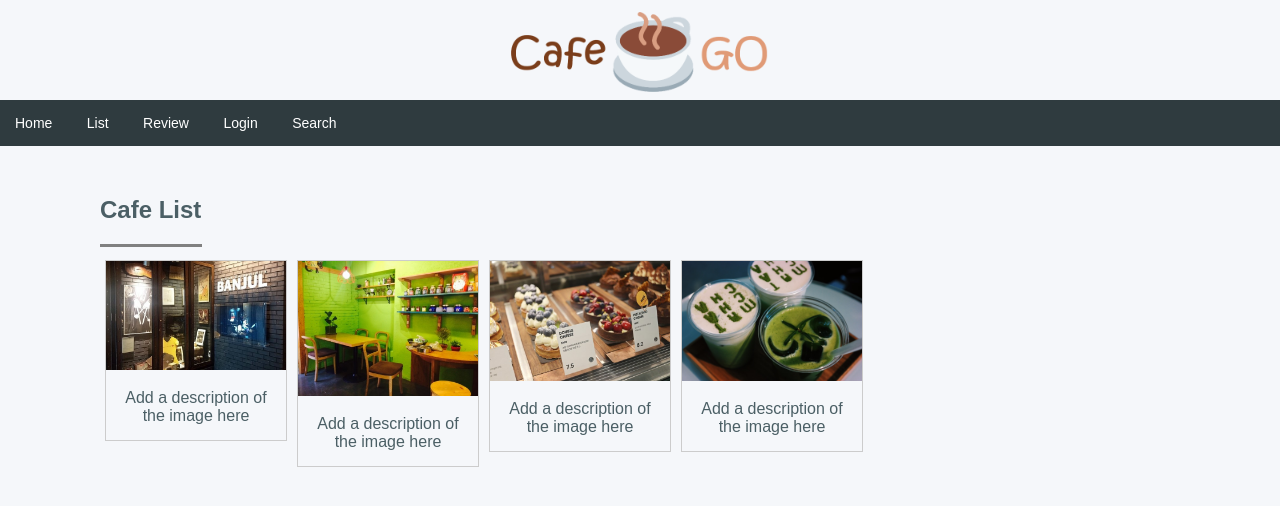
Repository: JuYeong0413/Web-Programming
Page: http://localhost/CafeGo/list.jsp
The author's editor kept a copy of each file at every save. The page is drawn from the files as they stood at one save, then again after the next save.
The browser window is 1280 px wide. The pictures show the whole page.
The page is served by Tomcat 9.

Above is the page before, as saved 2018-12-23 05:07:39.

After the next save:
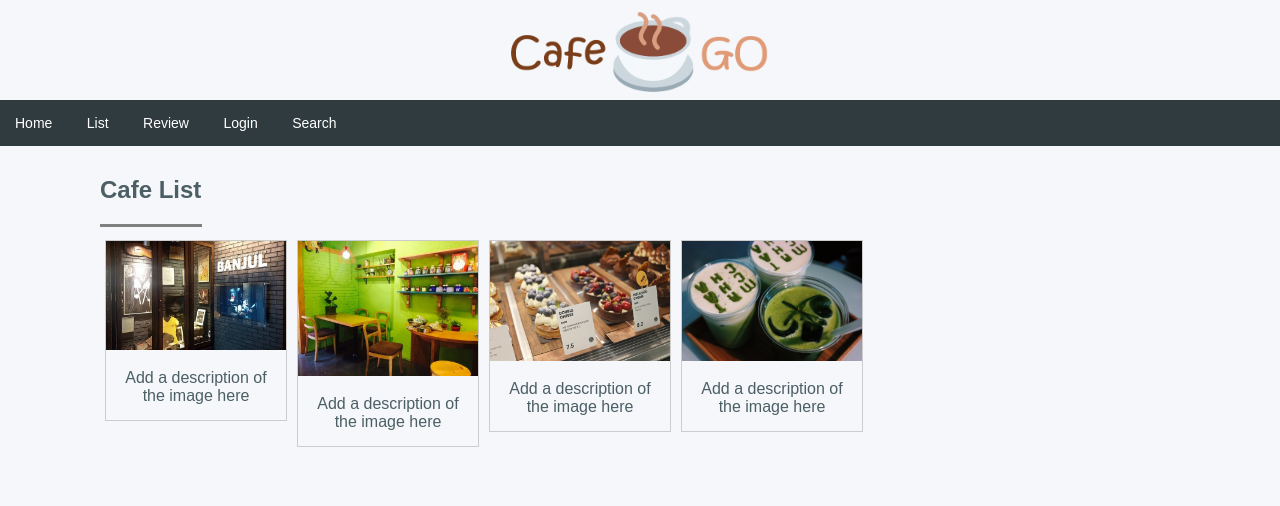
Saved 20 s later.
--- a/Project/CafeGo/WebContent/list.css
+++ b/Project/CafeGo/WebContent/list.css
@@ -20,5 +20,5 @@
 }
 
 div.all {
-	margin: 50px 0 0 100px /*위, 오른쪽, 아래, 왼쪽*/
+	margin: 30px 0 0 100px /*위, 오른쪽, 아래, 왼쪽*/
 }

After the save that followed:
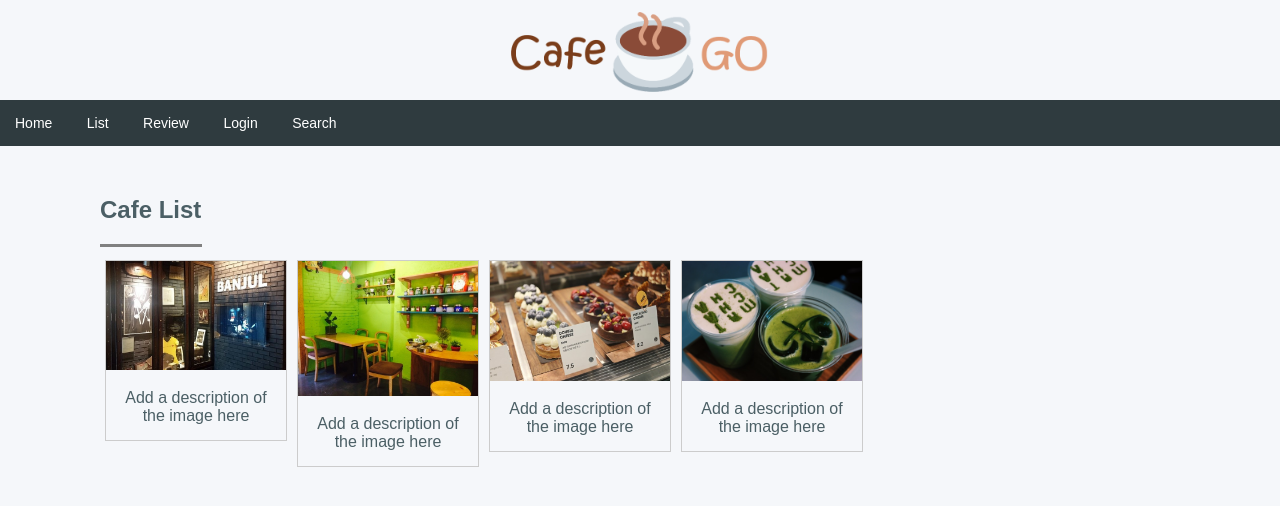
Saved 2 min 25 s later.
--- a/Project/CafeGo/WebContent/list.jsp
+++ b/Project/CafeGo/WebContent/list.jsp
@@ -10,7 +10,7 @@
 <head>
 </head>
 <body>
-	<div class="all">
+	<div style="margin: 50px 0 0 100px">
 		<h2>Cafe List</h2>
 		<hr noshade align="left" width="100" size="3">
 
--- a/Project/CafeGo/WebContent/list.css
+++ b/Project/CafeGo/WebContent/list.css
@@ -18,7 +18,3 @@
 	padding: 15px;
 	text-align: center;
 }
-
-div.all {
-	margin: 30px 0 0 100px /*위, 오른쪽, 아래, 왼쪽*/
-}
